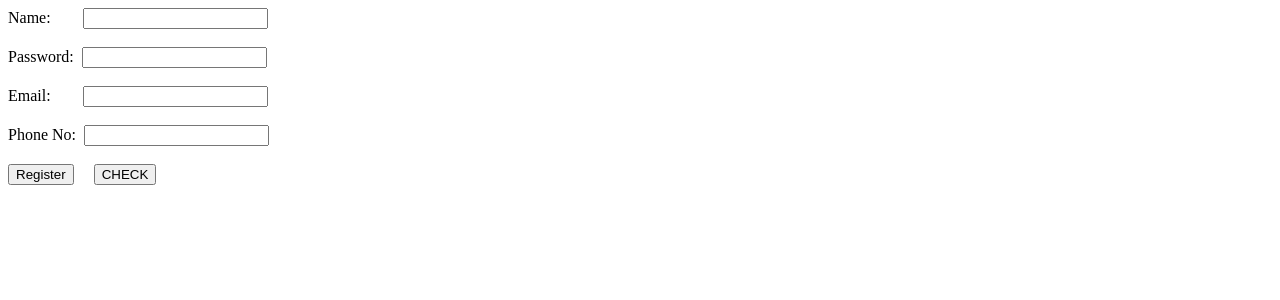
Repository: nikhilbad7/jsp-practicals
Page: classwork/WebContent/exp10.html
The author's editor kept a copy of each file at every save. The page is drawn from the files as they stood at one save, then again after the next save.
The browser window is 1280 px wide. The pictures show the whole page.

Above is the page before, as saved 2018-04-11 09:34:25.

### classwork/WebContent/exp10.html
<!DOCTYPE html>
<html>
	<head>
		<title>REGISTRATION PAGE</title>
		<script type="text/javascript">
		function check(){
			window.location("Exp10.jsp");
		}
	</script>
	</head>

	<body>
		<form action="Exp10add.jsp">
		 Name: &nbsp;&nbsp;&nbsp;&nbsp;&nbsp;&nbsp;&nbsp;<input type="text" name="name"  /><br/><br/>
		 Password: &nbsp;<input type="password" name="pass"  /><br/><br/>
		 Email: &nbsp;&nbsp;&nbsp;&nbsp;&nbsp;&nbsp;&nbsp;<input type="email" name="email"  /><br/><br/>
		 Phone No: &nbsp;<input type="text" name="phn"  /><br/><br/>
			<input type="submit" value="Register" />  &nbsp;&nbsp;&nbsp;
			<input type="button" value="CHECK" onclick="check()" />
		</form>
	</body>
</html>

After the next save:
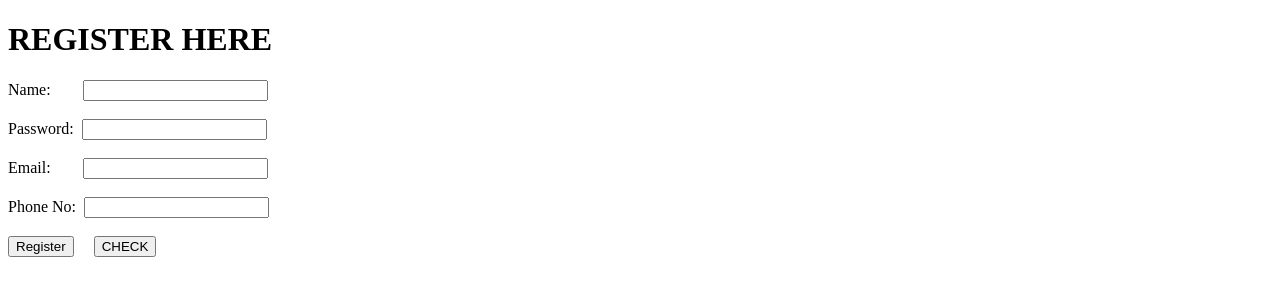
Saved 25 s later.
--- a/classwork/WebContent/exp10.html
+++ b/classwork/WebContent/exp10.html
@@ -10,6 +10,7 @@
 	</head>
 
 	<body>
+	<h1>REGISTER HERE</h1>
 		<form action="Exp10add.jsp">
 		 Name: &nbsp;&nbsp;&nbsp;&nbsp;&nbsp;&nbsp;&nbsp;<input type="text" name="name"  /><br/><br/>
 		 Password: &nbsp;<input type="password" name="pass"  /><br/><br/>
